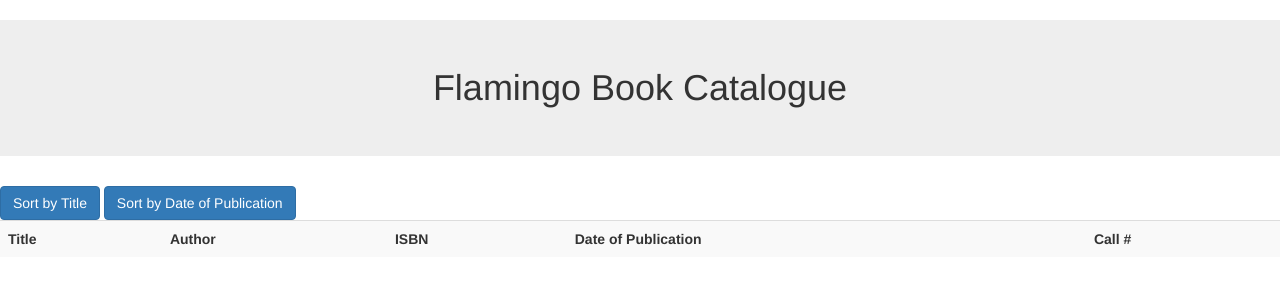
Repository: avega15/Library-Database
Page: http://localhost/main
An editor plug-in stored every save of this project. The page is shown before and after the next save, followed by the edit.
The browser window is 1280 px wide. The pictures show the whole page.
The page is this project's Thymeleaf template; nobody is signed in. The template is opened directly, without the code that normally fills it, so the values that code supplies are empty.

Above is the page before, as saved 2021-04-22 01:27:03.

After the next save:
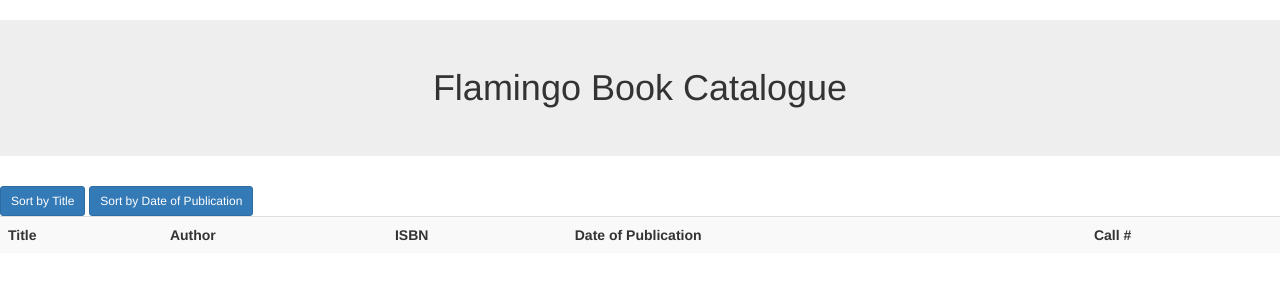
Saved 108 s later.
--- a/demo/src/main/resources/templates/main.html
+++ b/demo/src/main/resources/templates/main.html
@@ -13,9 +13,10 @@
 <body>
 	<h1 class="jumbotron" style="text-align: center">Flamingo Book
 		Catalogue</h1>
-	<button class="btn btn-primary"
+
+	<button class="btn btn-primary btn-sm"
 		onclick="window.location.href='titleSort'">Sort by Title</button>
-	<button class="btn btn-primary"
+	<button class="btn btn-primary btn-sm"
 		onclick="window.location.href='dateSort'">Sort by Date of
 		Publication</button><br>
 
